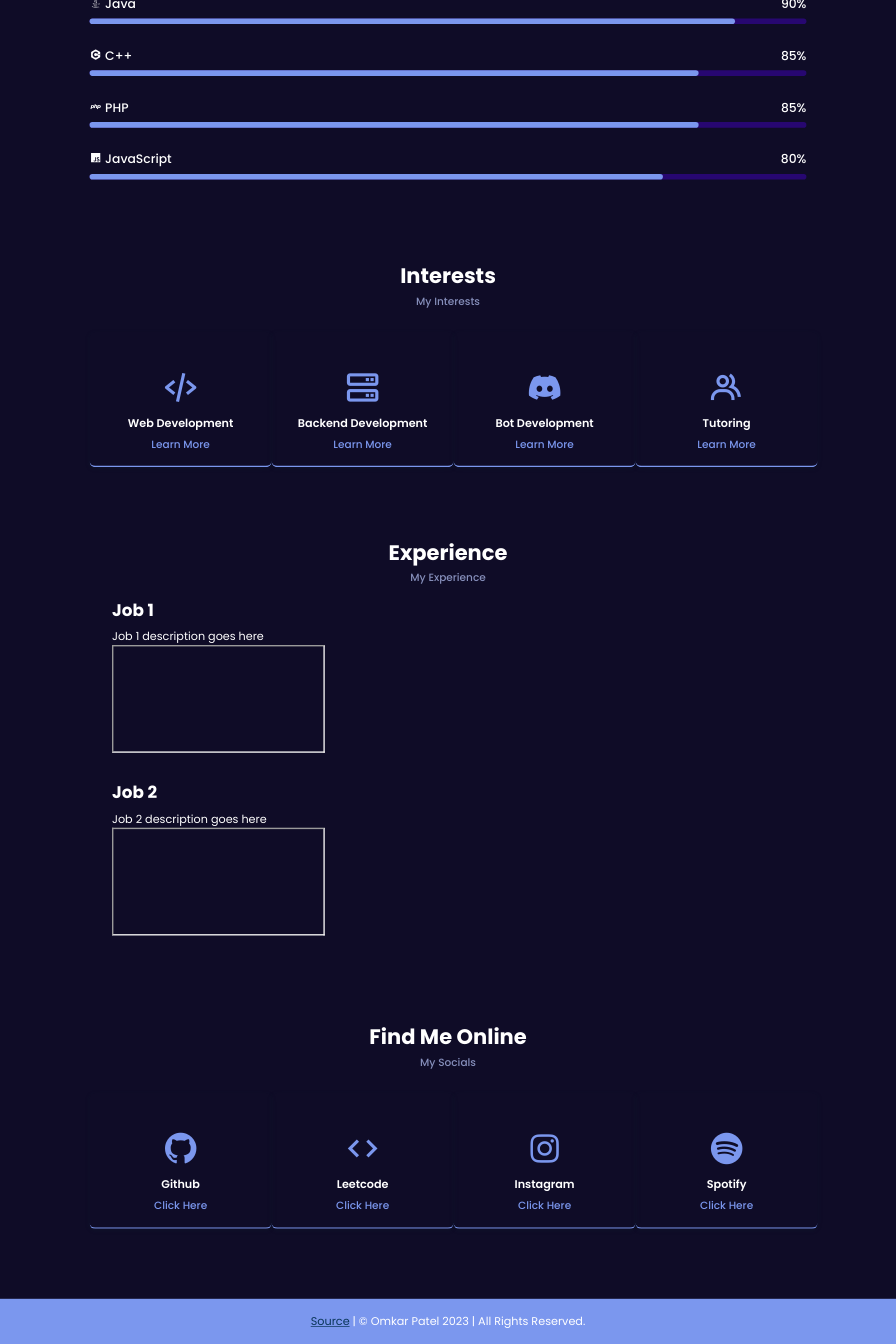
Repository: omkarxpatel/Omkar-Portfolio
Page: src/index.html
These files come from the project's save history. The page is drawn as it stood at one moment and after the next save; the edit follows.
The browser window is 1280 px wide. The pictures show the part of the page from y = 1699 to 3619 px (the page is 3619 px tall before and 3247 px after), at 70% of full size.
Pictures or frames that could not be fetched are drawn as grey boxes. A picture or video elsewhere on the page could not be fetched, so the positions and the page height are approximate.

Above is the page before, as saved 2023-03-26 13:08:09.

After the next save:
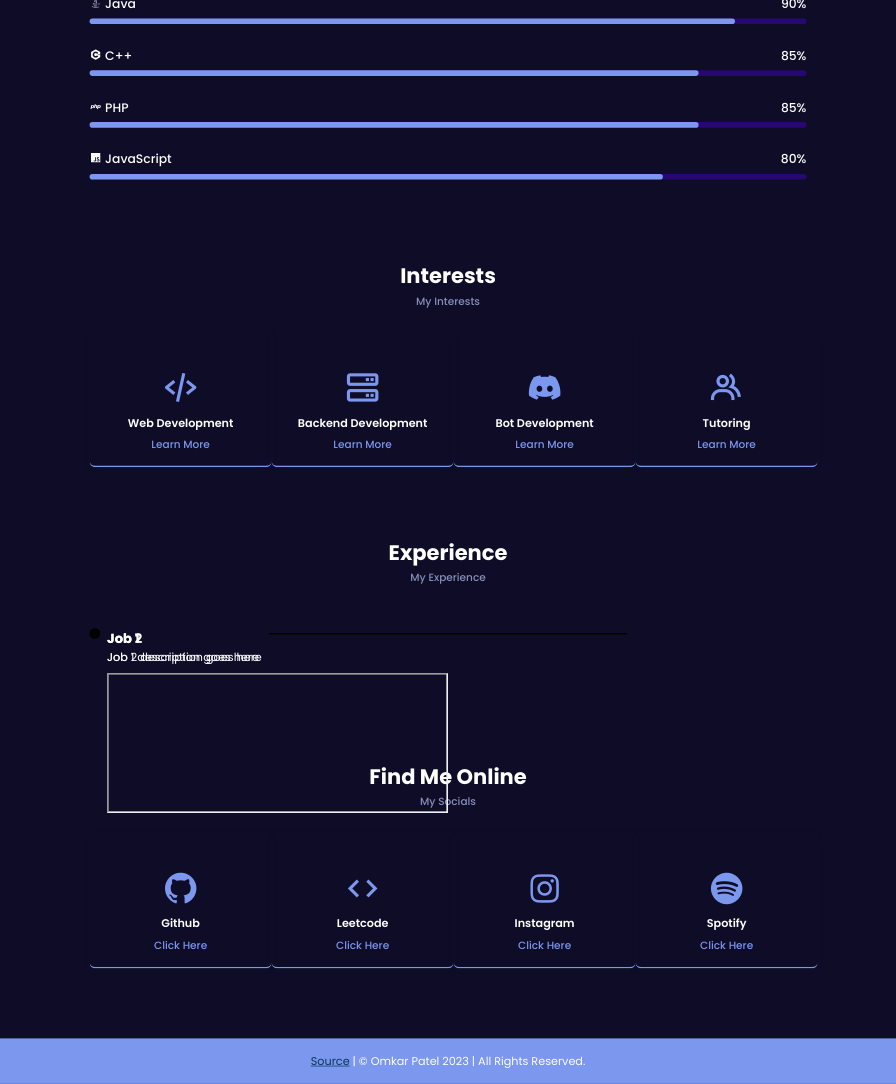
Saved 17 s later.
--- a/src/style.css
+++ b/src/style.css
@@ -591,28 +591,55 @@ form textarea {
   color: rgb(9, 53, 88);
   text-decoration: underline;
 }
+.timeline {
+  position: relative;
+  width: 100%;
+  height: 100px;
+  margin-top: 50px;
+}
 
 .timeline-item {
+  position: absolute;
+  top: 10px;
+  width: 50%;
+}
+
+.timeline-dot {
   position: relative;
-  padding: 1rem 0;
-}
-
-.timeline-icon {
+  width: 15px;
+  height: 15px;
+  background-color: #000;
+  border-radius: 50%;
+  float: left;
+  margin-right: 10px;
+}
+
+.timeline-line {
   position: absolute;
-  left: -10px;
-  top: 0;
+  top: 17px;
+  left: 25%;
+  width: 50%;
+  height: 2px;
+  background-color: #000;
 }
 
 .timeline-content {
-  margin-left: 2rem;
-}
-
-.timeline h3 {
-  font-size: 1.5rem;
-  margin-bottom: 0.5rem;
-}
-
-.timeline-date {
-  font-size: 1.2rem;
-  font-style: italic;
-}
+  margin-left: 25px;
+}
+
+.timeline-content h3 {
+  margin-top: 0;
+}
+
+.timeline-content p {
+  margin-bottom: 0;
+}
+
+.timeline-embed {
+  margin-top: 10px;
+}
+
+.timeline-embed iframe {
+  width: 100%;
+  height: 200px;
+}
